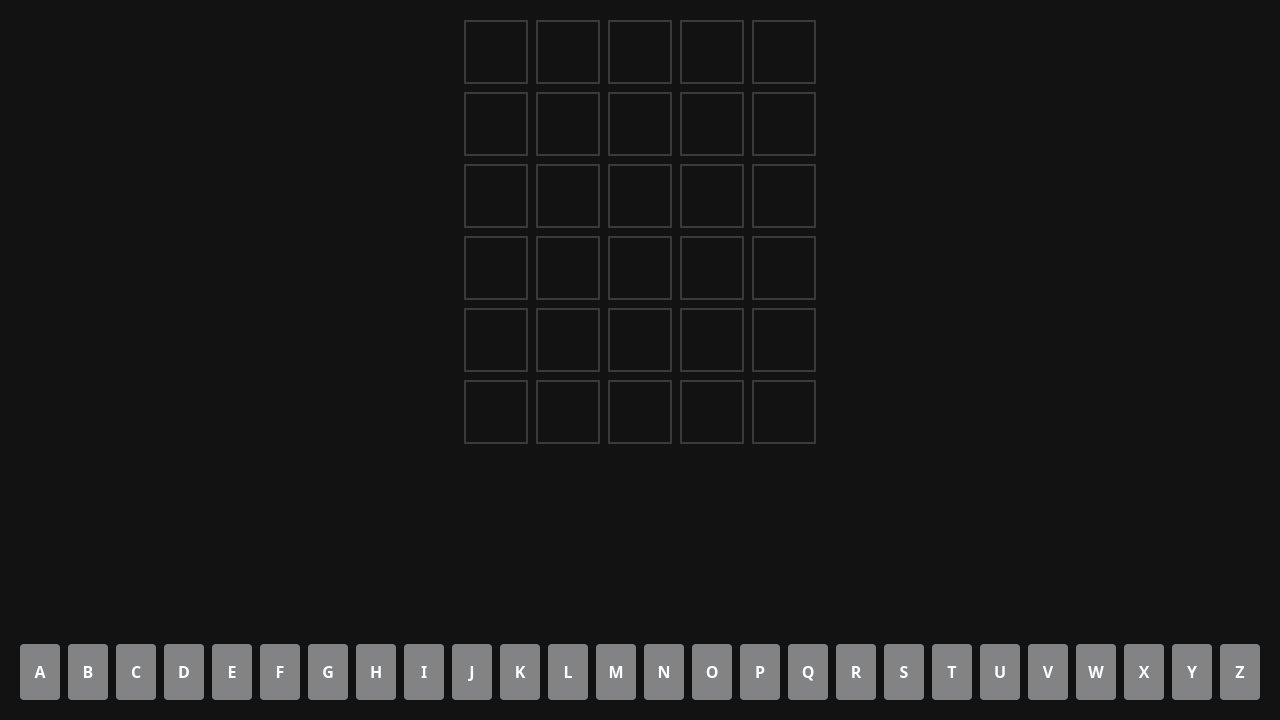
Repository: maxempolk/wordle-app
Page: / (app in frontend/)
These files come from the project's save history. The page is drawn as it stood at one moment and after the next save; the edit follows.
The browser window is 1280 px wide. The pictures show the whole page.
The project was rebuilt for these pictures with package versions that can differ from the ones it lists, and the page was loaded fresh each time. Also part of the build but not shown: frontend/vite.config.ts.

Above is the page before, as saved 2025-02-19 03:18:40.

### frontend/src/assets/main.css
@import 'tailwindcss';

body {
  background-color: #121213;
}

### frontend/src/App.vue
<script setup lang="ts">
import { computed, onMounted, ref } from 'vue'
import TheLetter from './components/TheLetter.vue'
import { useTemplateRef } from 'vue'
import { paintWordle } from './utils/wordle'
import { useRealWordStore } from './stores/realWord'
import theKeyboard from '@/components/TheKeyboard.vue'

const store = useRealWordStore()

const words = ref<string[]>([])
const currentWord = ref<string>('')

type letterType = InstanceType<typeof TheLetter>
const letters = useTemplateRef<letterType[]>('letter')

const completeWord = () => {
  if (words.value.length >= 6 || currentWord.value === undefined) return
  words.value.push(currentWord.value)
  currentWord.value = ''
}

const slotsForCurrentWord = () => {
  const count = words.value.length
  return Array.from({ length: 5 }, (_, i) => count * 5 + i)
}

onMounted(() => {
  addEventListener('keydown', (e: KeyboardEvent) => {
    if (e.key == 'Enter' && currentWord.value.length == 5) {
      const colors = paintWordle(store.word, currentWord.value)
      slotsForCurrentWord().forEach((el: number) => {
        if (letters.value !== null) {
          letters.value[el].completeAnimation(colors[el % 5])
        }
      })
      completeWord()
    } else if (e.key == 'Backspace') currentWord.value = currentWord.value.slice(0, -1)
    else if (e.key.length == 1 && currentWord.value.length < 5) {
      currentWord.value += e.key
    }
  })
})

const rawData = computed(() => {
  return words.value.reduce((word1, word2) => word1 + word2, '') + currentWord.value
})
</script>

<template>
  <div class="flex w-screen h-screen justify-center items-center flex-col gap-50">
    <div class="grid gap-2 grid-cols-5 w-fit">
      <TheLetter v-for="i in 30" :key="i" :model-value="rawData[i - 1]" ref="letter" />
    </div>
    <theKeyboard />
  </div>
</template>

<style scoped></style>

### frontend/src/components/TheLetter.vue
<script setup lang="ts">
import { computed, ref, watch } from 'vue'
import { type State } from '@/types/state'

const props = defineProps<{
  modelValue?: string
}>()

const isRotated = ref(false)
const isScaled = ref(false)
const colors = ref<string[]>([])

const scaleAnimation = () => {
  isScaled.value = true

  setTimeout(() => {
    isScaled.value = false
  }, 150)
}

const stateToColor = (state: State) => {
  if (state == 'placed') return ['bg-[#548D4F]', 'border-[#548D4F]']
  else if (state == 'in-word') return ['bg-[#B69F3B]', 'border-[#B69F3B]']
  return ['bg-[#3A3A3C]', 'border-[#3A3A3C]']
  // else if (state == 'wrong') return 'bg-[#3A3A3C]'
}

const completeAnimation = (state: State) => {
  isRotated.value = true

  setTimeout(() => {
    colors.value = stateToColor(state)
  }, 150)
}

const borderDefaultColor = computed(() => {
  if (isRotated.value) return ''
  if (props.modelValue == undefined) if (props.modelValue === undefined) return 'border-[#3A3A3C]'
  return 'border-[#565758]'
})

watch(
  () => props.modelValue,
  () => {
    scaleAnimation()
  },
)

defineExpose({ completeAnimation })
</script>

<template>
  <div
    class="w-16 h-16 border-2 text-white flex justify-center items-center text-3xl uppercase duration-150"
    :class="[
      ...colors,
      borderDefaultColor,
      { rotateAnimation: isRotated },
      { 'scale-110': isScaled },
    ]"
    ref="block"
  >
    {{ modelValue }}
  </div>
</template>

<style scoped>
@keyframes rotateAnimationKeyFrames {
  0% {
    transform: scaleY(1);
  }
  50% {
    transform: scaleY(0);
  }
  100% {
    transform: scaleY(1);
  }
}

.rotateAnimation {
  animation: rotateAnimationKeyFrames 0.3s linear;
}
</style>

### frontend/src/utils/wordle.ts
import type { State } from '@/types/state'

export function paintWordle(guess: string, secretWord: string) {
  guess = guess.toLowerCase()
  secretWord = secretWord.toLowerCase()

  if (guess.length !== secretWord.length) {
    throw new Error('Words must be of the same length')
  }

  const result = Array(guess.length).fill('wrong')
  const secretWordArray = secretWord.split('') as Array<string | null>

  for (let i = 0; i < guess.length; i++) {
    if (guess[i] === secretWord[i]) {
      result[i] = 'placed'
      secretWordArray[i] = null
    }
  }

  for (let i = 0; i < guess.length; i++) {
    if (result[i] !== 'correct') {
      const index = secretWordArray.indexOf(guess[i])
      if (index !== -1) {
        result[i] = 'in-word'
        secretWordArray[index] = null
      }
    }
  }

  return result as State[]
}

### frontend/src/stores/realWord.ts
import { defineStore } from 'pinia'

export const useRealWordStore = defineStore('realWord', {
  state: () => ({
    word: 'penis',
  }),
  getters: {
    wordValue: (state) => state.word,
  },
  actions: {
    change(newWord: string) {
      this.word = newWord
    },
  },
})

### frontend/src/components/TheKeyboard.vue
<script setup lang="ts">
const alph = 'abcdefghijklmnopqrstuvwxyz'
</script>

<template>
  <div class="flex gap-2">
    <div
      class="bg-[#818384] h-14 w-10 rounded-sm flex justify-center items-center uppercase text-white font-bold"
      v-for="char in alph"
      :key="char"
    >
      {{ char }}
    </div>
  </div>
</template>

Loaded but not shown: frontend/index.html (common file); frontend/src/main.ts (common file)

After the next save:
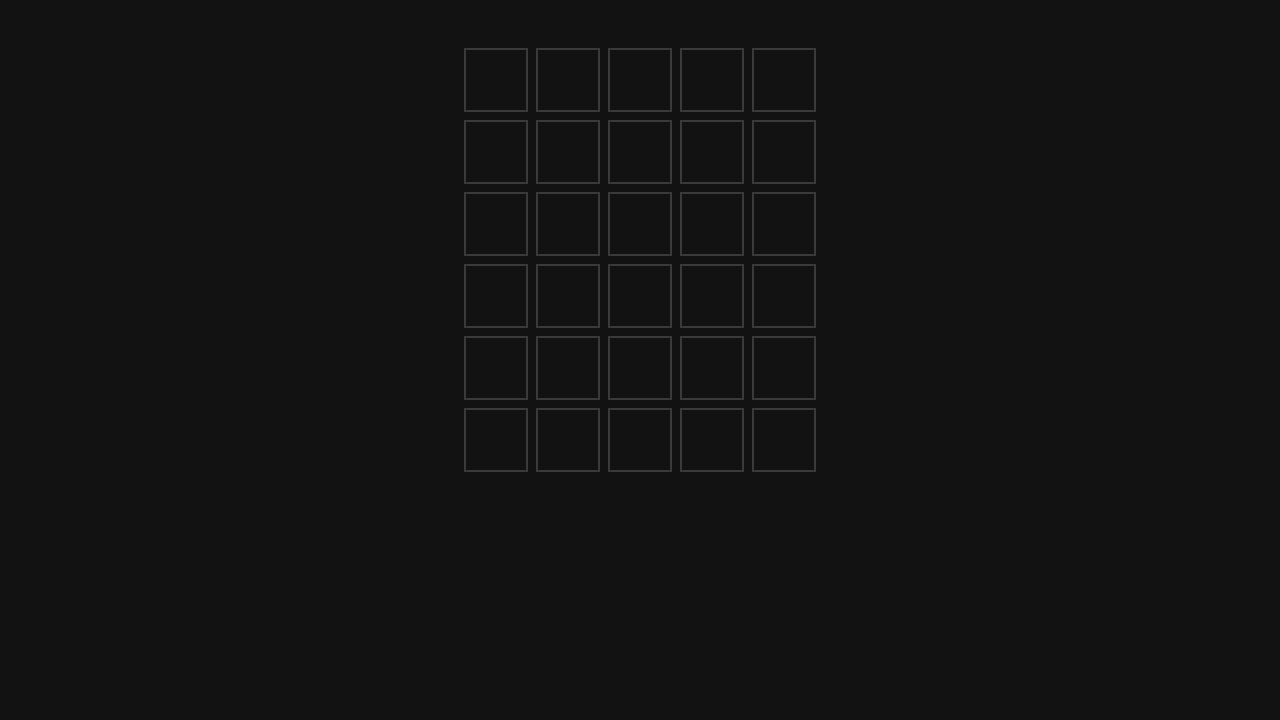
Saved 5 s later.
--- a/frontend/src/components/TheKeyboard.vue
+++ b/frontend/src/components/TheKeyboard.vue
@@ -3,13 +3,5 @@ const alph = 'abcdefghijklmnopqrstuvwxyz'
 </script>
 
 <template>
-  <div class="flex gap-2">
-    <div
-      class="bg-[#818384] h-14 w-10 rounded-sm flex justify-center items-center uppercase text-white font-bold"
-      v-for="char in alph"
-      :key="char"
-    >
-      {{ char }}
-    </div>
-  </div>
+  <div class="flex gap-2"></div>
 </template>
